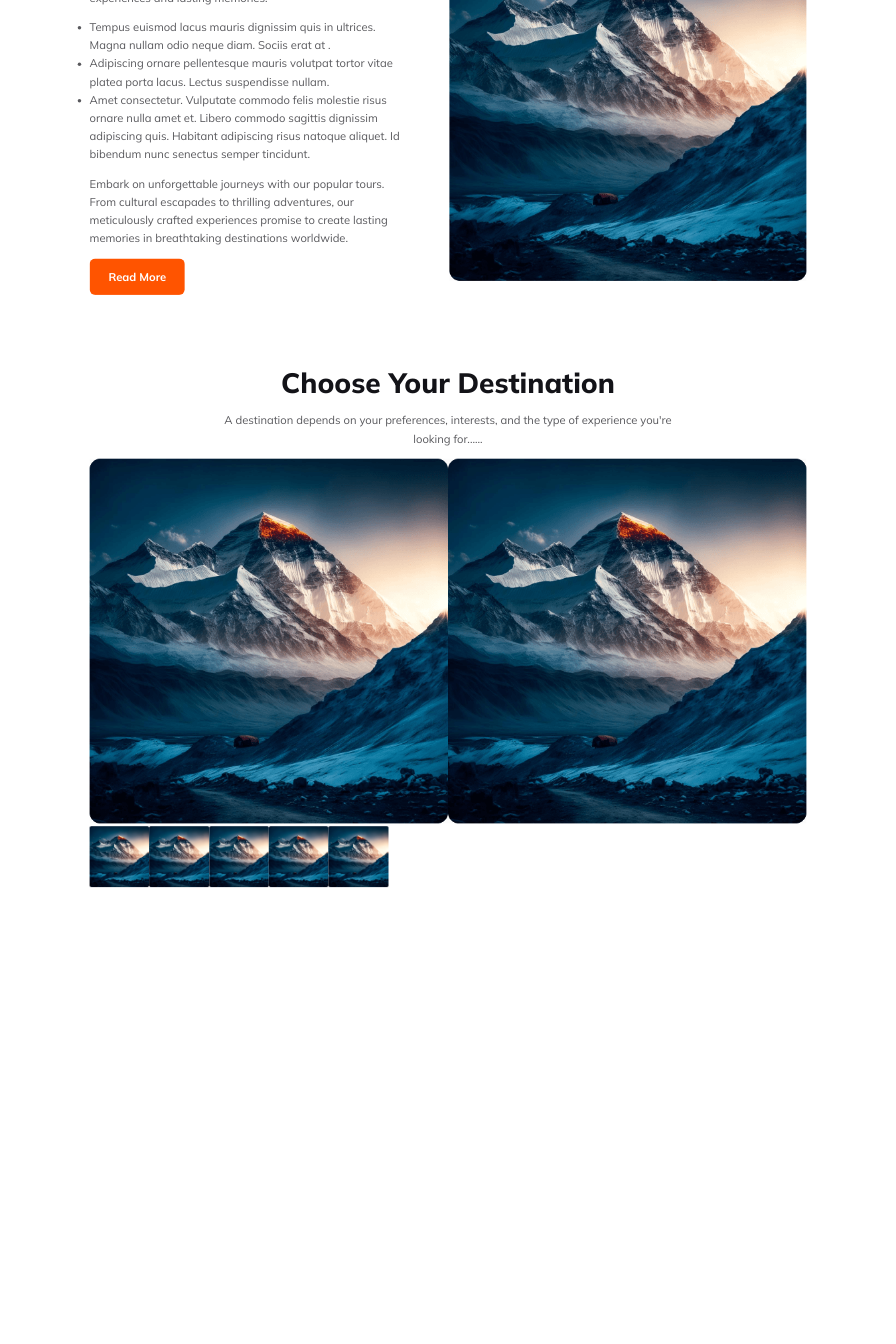
Repository: ShouravAhammed/Assignment-2
Page: index.html
These files come from the project's save history. The page is drawn as it stood at one moment and after the next save; the edit follows.
The browser window is 1280 px wide. The pictures show the part of the page from y = 936 to 2856 px (the page is 3167 px tall before and 2407 px after), at 70% of full size.
Some web libraries are served in a nearby version.

Above is the page before, as saved 2024-01-16 14:55:41.

### index.html
<!DOCTYPE html>
<html lang="en">
<head>
    <meta charset="UTF-8">
    <meta name="viewport" content="width=device-width, initial-scale=1.0">
    <!-- website title -->
    <title>Easy Travel</title>
    <!-- linked font awesome -->
    <script src="https://kit.fontawesome.com/0d98d502eb.js" crossorigin="anonymous"></script>
    <!-- linked favicon -->
    <link rel="shortcut icon" href="Images/Group 40071 (2).png" type="image/x-icon">
    <!-- linked css -->
    <link rel="stylesheet" href="styles/style.css">
</head>
<body>
    <!-- header part start -->
    <header id="header">
        <div class="container">
            <nav class="navigation">
                    <a class="website-name" href="">
                        <img src="Images/Group 40071 (2).png" alt="">
                        <h3 class="web-text">Easy <span class="web-text-color">Travel</span></h3>
                    </a>
                    <input type="checkbox" id="check">
                    <label for="check" class="checkbtn"><i class="fa-solid fa-bars"></i></label>
                    <ul class="nav">
                        <li><a class="active" href="">Home</a></li>
                        <li><a href="">Packages</a></li>
                        <li><a href="">Testimonial</a></li>
                        <li><a href="">Blog</a></li>
                        <li><a href="">Contact</a></li>
                    </ul>
                </nav>

                <section id="banner">
                    <div class="banner-container">
                        <div class="banner-text">
                            <h2 class="banner-title">Explore Your Travel</h2>
                        <p class="banner-description">Share your destination, interests, and preferences, and I'll assist in crafting a personalized itinerary for your unforgettable journey.</p>
                        </div>
                        <form class="banner-form" action="">
                            <input type="text" placeholder="Where go">
                            <select name="" id="">
                                <option value="">When</option>
                                <option value="">Maldives</option>
                                <option value="">Nepal</option>
                                <option value="">Singapur</option>
                                <option value="">Thailand</option>
                            </select>
                            <select name="" id="">
                                <option value="">Select Type</option>
                                <option value="">Maldives</option>
                                <option value="">Nepal</option>
                                <option value="">Singapur</option>
                                <option value="">Thailand</option>
                            </select>
                            <button class="primary-btn"><i class="fa-solid fa-magnifying-glass"></i> Find Now</button>
                        </form>
                    </div>
                </section>
        </div>
    </header>
    <!-- header part end -->
    <!-- main part start -->
    <main>
        <section id="tour">
            <div class="container">
                <div class="tour-container">
                    <div class="tour-text">
                        <h3 class="primary-title">Our Popular Tours</h3>
                        <p class="primary-description">Discover scenic wonders, cultural gems, and thrilling adventures with our popular tours—crafted for memorable experiences and lasting memories.</p>
                        <ul class="tour-list">
                            <li>Tempus euismod lacus mauris dignissim quis in ultrices. Magna nullam odio neque diam. Sociis erat at .</li>
                            <li>Adipiscing ornare pellentesque mauris volutpat tortor vitae platea porta lacus. Lectus suspendisse nullam.</li>
                            <li>Amet consectetur. Vulputate commodo felis molestie risus
                                ornare nulla amet et. Libero commodo sagittis dignissim adipiscing quis. Habitant adipiscing risus natoque aliquet. Id bibendum nunc senectus semper tincidunt.
                            </li>
                        </ul>
                        <p class="primary-description">Embark on unforgettable journeys with our popular tours. From cultural escapades to thrilling adventures, our meticulously crafted experiences promise to create lasting memories in breathtaking destinations worldwide.</p>
                        <button class="primary-btn">Read More</button>
                    </div>
                    <div class="tour-img">
                        <img src="Images/Rectangle 4.png" alt="tour-img">
                    </div>
                </div>
            </div>
        </section>
        <!-- destination section part -->
        <section id="destination">
            <div class="container">
                <dive class="destination-container">
                    <div class="destination-text">
                        <h3 class="primary-title">Choose Your Destination</h3>
                    <p class="primary-description">A destination depends on your preferences, interests, and the type of experience you're looking for......</p>
                    </div>
                    <div class="destination-content">
                        <div class="destination-img" id="img1">
                            <img src="Images/Rectangle 4.png" alt="">
                        </div>
                        <div class="destination-img" id="img2">
                            <img src="Images/Rectangle 4.png" alt="">
                        </div>
                        <div class="destination-img" id="img3">
                            <img src="Images/Rectangle 4.png" alt="">
                        </div>
                        <div class="destination-img" id="img4">
                            <img src="Images/Rectangle 4.png" alt="">
                        </div>
                        <div class="destination-img" id="img5">
                            <img src="Images/Rectangle 4.png" alt="">
                        </div>
                        <div class="destination-img" id="img6">
                            <img src="Images/Rectangle 4.png" alt="">
                        </div>
                        <div class="destination-img" id="img7">
                            <img src="Images/Rectangle 4.png" alt="">
                        </div>
                    </div>
                </dive>
            </div>
        </section>
    </main>
    <!-- main part end -->
    <!-- footer part start -->
    <footer>

    </footer>
    <!-- footer part end -->
</body>
</html>

### styles/style.css
/* Import Fonts From Google Fonts */
@import url('https://fonts.googleapis.com/css2?family=Mulish:ital,wght@0,200;0,300;0,400;0,500;0,600;0,700;0,800;0,900;0,1000;1,200;1,300;1,400;1,500;1,600;1,700;1,800;1,900;1,1000&display=swap');@import url('https://fonts.googleapis.com/css2?family=Mulish:ital,wght@0,200;0,300;0,400;0,500;0,600;0,700;0,800;0,900;0,1000;1,200;1,300;1,400;1,500;1,600;1,700;1,800;1,900;1,1000&display=swap');

/* color clearance */
:root{
    --primary-color: #FF5400;
    --secondary-color: #131318;
    --third-color: #fff;
}

/* all default size off */
*{
    margin: 0;
    padding: 0;
    outline: 0;
    box-sizing: border-box;
}
/* container display measuring size*/
.container{
    width: 80%;
    margin: 0 auto;
}
/* primary title, description and button */
.primary-title{
    color: var(--secondary-color);
    font-family: Mulish;
    font-size: 2.5rem;
    font-weight: 800;
}
.primary-description{
    color: rgba(19, 19, 24, 0.70);
    font-family: Mulish;
    font-size: 1rem;
    font-weight: 400;
    line-height: 26px;
    margin: 16px 0;
}
/* navigation css style */
.navigation{
    display: flex;
    align-items: center;
    justify-content: space-between;
    margin: 40px 0;
}
.website-name{
    display: flex;
    align-items: center;
    gap: 16px;
    text-decoration: none;
}
.website-name img{
    width: 48px;
}
.website-name .web-text{
    color: var(--secondary-color);
    font-family: Mulish;
    font-size: 2.25rem;
    font-weight: 800;
}
.website-name .web-text-color{
    color: var(--primary-color);
}


.checkbtn{
    font-size: 1.75rem;
    color: #131318;
    display: none;
}
#check{
    display: none;
}



.navigation > .nav{
    display: flex;
    align-items: center;
    gap: 44px;
}
.nav > li{
    list-style: none;
}
.nav > li a{
    color: #424247;
    font-family: Mulish;
    font-size: 1.125rem;;
    font-weight: 400;
    text-decoration: none;
    transition: all ease 0.3s;
}
.nav > li a.active, .nav > li a:hover{
    color: var(--primary-color);
}

#banner{
    background-image: linear-gradient(180deg, rgba(19, 19, 24, 0.80) 0%, rgba(19, 19, 24, 0.00) 100%), url(../Images/Group13.png);
    background-position: center;
    background-size: cover;
    background-repeat: no-repeat;
    height: 80vh;
    border-radius: 16px;
}
.banner-text{
    padding-top: 106px;
    width: 676px;
    margin: 0 auto 48px auto;
    text-align: center;
}
.banner-text .banner-title{
    color: #FFF;
    font-family: Mulish;
    font-size: 4rem;
    font-weight: 800;
}
.banner-text .banner-description{
    color: #FFF;
    font-family: Mulish;
    font-size: 1rem;
    font-weight: 400;
    line-height: 26px;
    margin-top: 24px;
}
.banner-form{
    border-radius: 8px;
    background: rgba(255, 255, 255, 0.30);
    width: 816px;
    padding: 16px 0px;
    margin: 0 auto;
    text-align: center;
    display: flex;
    align-items: center;
    justify-content: space-evenly;
}
.banner-form input, .banner-form select{
    color: rgba(19, 19, 24, 0.50);
    border-radius: 8px;
    background: #FFF;
    font-family: Mulish;
    font-size: 1rem;
    font-weight: 400;
    padding: 14px;
    border: 2px solid transparent;
    transition: all ease 0.5s;
    width: 200px;
}
.banner-form input:hover{
    border: 2px solid var(--primary-color);
}
.banner-form select:hover{
    border: 2px solid var(--primary-color);
}
.primary-btn{
    color: #FFF;
    font-family: Mulish;
    font-size: 16px;
    font-weight: 700;
    border-radius: 8px;
    background: #FF5400;
    border: none;
    padding: 14px 25px;
    border:  2px solid transparent;
    transition: all ease 0.5s;
}
.primary-btn:hover{
    border: 2px solid var(--primary-color);
    background: #fff;
    color: var(--primary-color);
}



/* tour section css style */
#tour{
    margin: 100px 0;
}
.tour-container{
    display: flex;
    gap: 53px;
    align-items: center;
}
.tour-text{
    width: 47%;
}
.tour-img{
    width: 52%;
}
.tour-img img{
    width: 100%;
}
.tour-list > li{
    color: rgba(19, 19, 24, 0.70);
    font-family: Mulish;
    font-size: 1rem;
    font-weight: 400;
    line-height: 26px;
}
/* destination section css style */

.destination-text{
    width: 643px;
    margin: 0 auto;
    text-align: center;
}
.destination-content{
    display: grid;
    grid-template-columns: repeat(12, 1fr);
    grid-template-rows: repeat(3, 1fr);
}
.destination-img img{
    width: 100%;
}
#img1{
    grid-column: 1/ span 6;
    grid-row: 1/ span 1;
}
#img2{
    grid-column: 7/ span 6;
    grid-row: 1/ span 1;
}








/* mobile device */
@media only screen and (max-width: 576px){


    /* primary  */
    .primary-title{
        font-size: 1.25rem;
    }
    .primary-description{
        font-size: 0.875rem;
        line-height: 24px;
    }









    /* navigation mobile device part css style */
    .navigation{
        margin: 35px 0;
    }
    .checkbtn{
        display: block;
    }
    .navigation > .nav{
        flex-direction: column;
        gap: 20px;
        padding-top: 30px;
        position: fixed;
        width: 100%;
        height: 50vh;
        background: #fff;
        top: 80px;
        left: -100%;
        text-align: center;
        transition: all ease 0.3s;
    }
    #check{
        display: none;
    }
    #check:checked ~ ul{
        left: 0;
    }

    /* banner mobile device section css style */
    .banner-text {
        padding-top: 32px;
        width: 100%;
        margin-bottom: 32px;
    }
    .banner-text .banner-title{
        font-size: 1.375rem;
    }
    .banner-text .banner-description{
        font-size: 0.875rem;
        line-height: 21px;
    }
    .banner-form input, .banner-form select{
        width: 100%;
    }
    .banner-form {
        width: 85%;
        padding: 16px 20px;
        flex-direction: column;
        gap: 16px;
    }


    /* tour mobile device section css style */
    #tour{
        margin: 24px 0;
    }
    .tour-container {
        gap: 24px;
        flex-direction: column;
    }
    .tour-text{
        width: 100%;
    }
    .tour-list > li{
        font-size: 0.875rem;
        line-height: 24px;
    }
    .tour-img{
        width: 100%;
    }
}

After the next save:
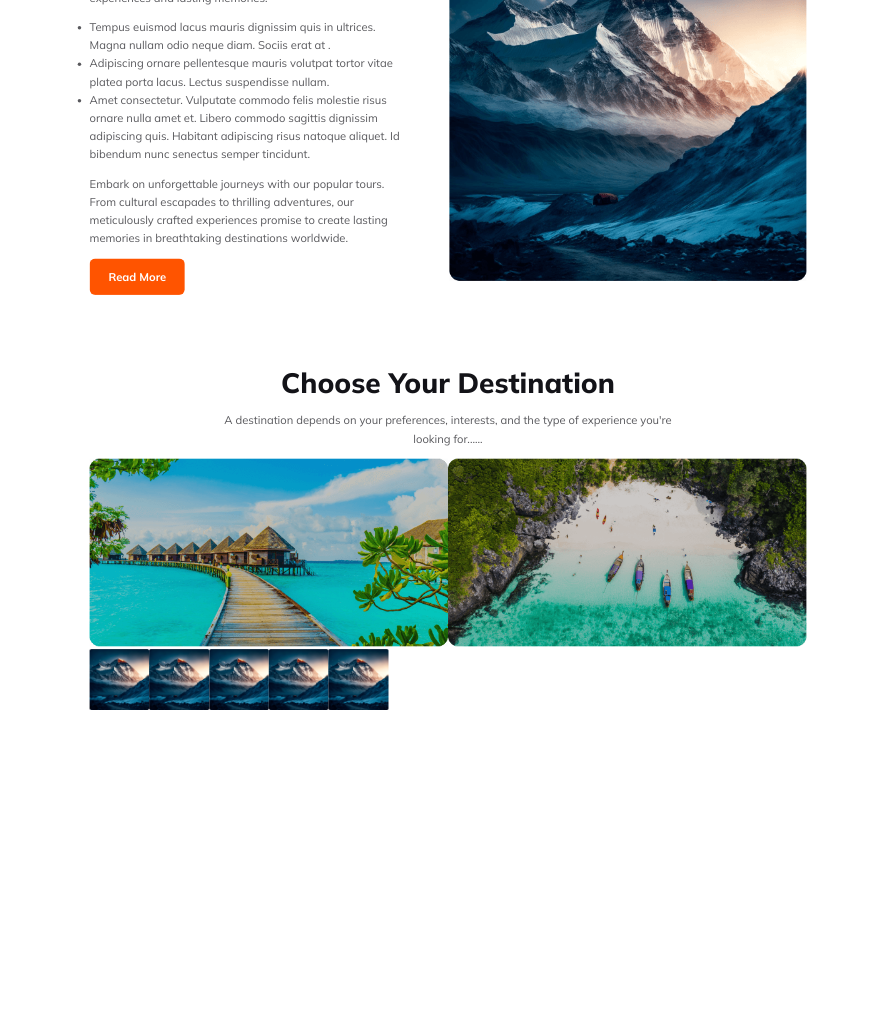
Saved 111 s later.
--- a/index.html
+++ b/index.html
@@ -95,10 +95,10 @@
                     </div>
                     <div class="destination-content">
                         <div class="destination-img" id="img1">
-                            <img src="Images/Rectangle 4.png" alt="">
+                            <img src="Images/Rectangle 5.png" alt="">
                         </div>
                         <div class="destination-img" id="img2">
-                            <img src="Images/Rectangle 4.png" alt="">
+                            <img src="Images/Rectangle 8.png" alt="">
                         </div>
                         <div class="destination-img" id="img3">
                             <img src="Images/Rectangle 4.png" alt="">
